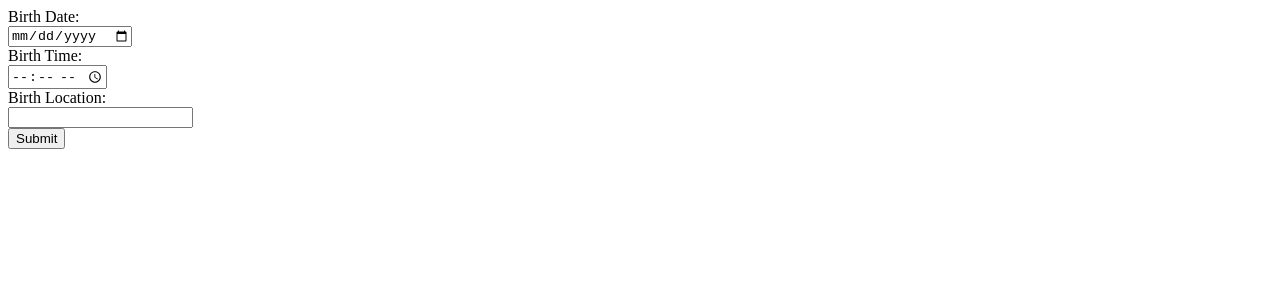
Repository: mettaversesociety/astrology-server
Page: public/index.html
An editor plug-in stored every save of this project. The page is shown before and after the next save, followed by the edit.
The browser window is 1280 px wide. The pictures show the whole page.

Above is the page before, as saved 2023-08-09 14:09:31.

After the next save:
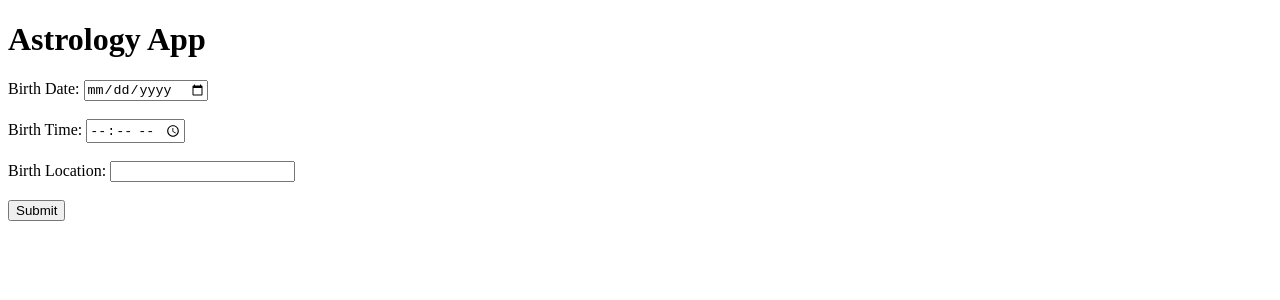
Saved 119 s later.
--- a/public/index.html
+++ b/public/index.html
@@ -1,35 +1,32 @@
 <!DOCTYPE html>
 <html>
 <head>
-    <title>Astro Test</title>
+  <title>Astrology App</title>
 </head>
 <body>
-    <form id="astroForm" action="/astro" method="post">
-        <label for="birthDate">Birth Date:</label><br>
-        <input type="date" id="birthDate" name="birthDate"><br>
-        <label for="birthTime">Birth Time:</label><br>
-        <input type="time" id="birthTime" name="birthTime"><br>
-        <label for="birthLocation">Birth Location:</label><br>
-        <input type="text" id="birthLocation" name="birthLocation"><br>
-        <input type="submit" value="Submit">
-    </form>
-    <div id="astroData"></div>
-    <script>
-        document.getElementById('astroForm').addEventListener('submit', function(event) {
-            event.preventDefault();
-            // fetch('/astro', {
-            //     method: 'POST',
-            //     body: new FormData(this)
-            // })
-            // .then(response => response.json())
-            // .then(data => {
-            //     document.getElementById('astroData').innerHTML = JSON.stringify(data, null, 2);
-            // })
-            // .catch(error => console.error(error));
-            const birthDateTime = new Date(req.body.birthDate + 'T' + req.body.birthTime + 'Z');
-      const birthLocation = req.body.birthLocation;
-console.log("BIRTHDAY ", birthDateTime)
-        });
-    </script>
+  <h1>Astrology App</h1>
+  <form id="astroForm">
+    <label for="birthDate">Birth Date:</label>
+    <input type="date" id="birthDate" name="birthDate" required><br><br>
+    <label for="birthTime">Birth Time:</label>
+    <input type="time" id="birthTime" name="birthTime" required><br><br>
+    <label for="birthLocation">Birth Location:</label>
+    <input type="text" id="birthLocation" name="birthLocation" required><br><br>
+    <input type="submit" value="Submit">
+  </form>
+
+  <script>
+    const astroForm = document.getElementById('astroForm');
+    astroForm.addEventListener('submit', (event) => {
+      event.preventDefault();
+      const birthDate = document.getElementById('birthDate').value;
+      const birthTime = document.getElementById('birthTime').value;
+      const birthLocation = document.getElementById('birthLocation').value;
+
+      console.log('Birth Date:', birthDate);
+      console.log('Birth Time:', birthTime);
+      console.log('Birth Location:', birthLocation);
+    });
+  </script>
 </body>
 </html>

After the save that followed:
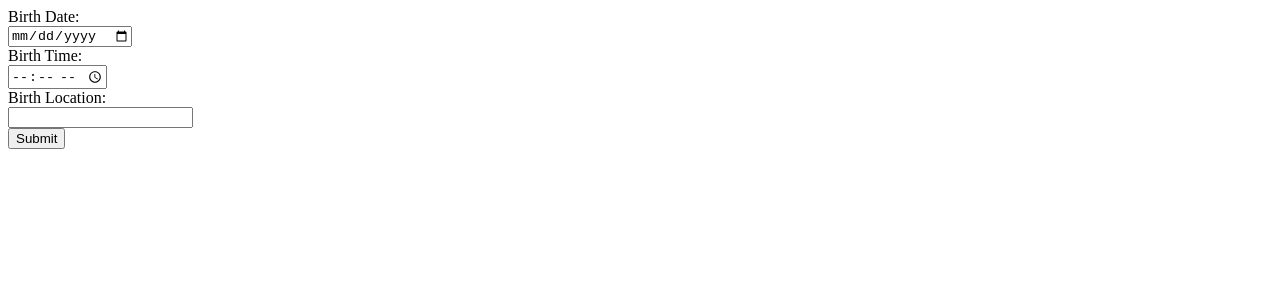
Saved 2 min 34 s later.
--- a/public/index.html
+++ b/public/index.html
@@ -1,32 +1,32 @@
 <!DOCTYPE html>
 <html>
 <head>
-  <title>Astrology App</title>
+    <title>Astro Test</title>
 </head>
 <body>
-  <h1>Astrology App</h1>
-  <form id="astroForm">
-    <label for="birthDate">Birth Date:</label>
-    <input type="date" id="birthDate" name="birthDate" required><br><br>
-    <label for="birthTime">Birth Time:</label>
-    <input type="time" id="birthTime" name="birthTime" required><br><br>
-    <label for="birthLocation">Birth Location:</label>
-    <input type="text" id="birthLocation" name="birthLocation" required><br><br>
-    <input type="submit" value="Submit">
-  </form>
-
-  <script>
-    const astroForm = document.getElementById('astroForm');
-    astroForm.addEventListener('submit', (event) => {
-      event.preventDefault();
-      const birthDate = document.getElementById('birthDate').value;
-      const birthTime = document.getElementById('birthTime').value;
-      const birthLocation = document.getElementById('birthLocation').value;
-
-      console.log('Birth Date:', birthDate);
-      console.log('Birth Time:', birthTime);
-      console.log('Birth Location:', birthLocation);
-    });
-  </script>
+    <form id="astroForm" action="/astro" method="post">
+        <label for="birthDate">Birth Date:</label><br>
+        <input type="date" id="birthDate" name="birthDate"><br>
+        <label for="birthTime">Birth Time:</label><br>
+        <input type="time" id="birthTime" name="birthTime"><br>
+        <label for="birthLocation">Birth Location:</label><br>
+        <input type="text" id="birthLocation" name="birthLocation"><br>
+        <input type="submit" value="Submit">
+    </form>
+    <div id="astroData"></div>
+    <script>
+        document.getElementById('astroForm').addEventListener('submit', function(event) {
+            event.preventDefault();
+            fetch('/astro', {
+                method: 'POST',
+                body: new FormData(this)
+            })
+            .then(response => response.json())
+            .then(data => {
+                document.getElementById('astroData').innerHTML = JSON.stringify(data, null, 2);
+            })
+            .catch(error => console.error(error));
+        });
+    </script>
 </body>
 </html>
